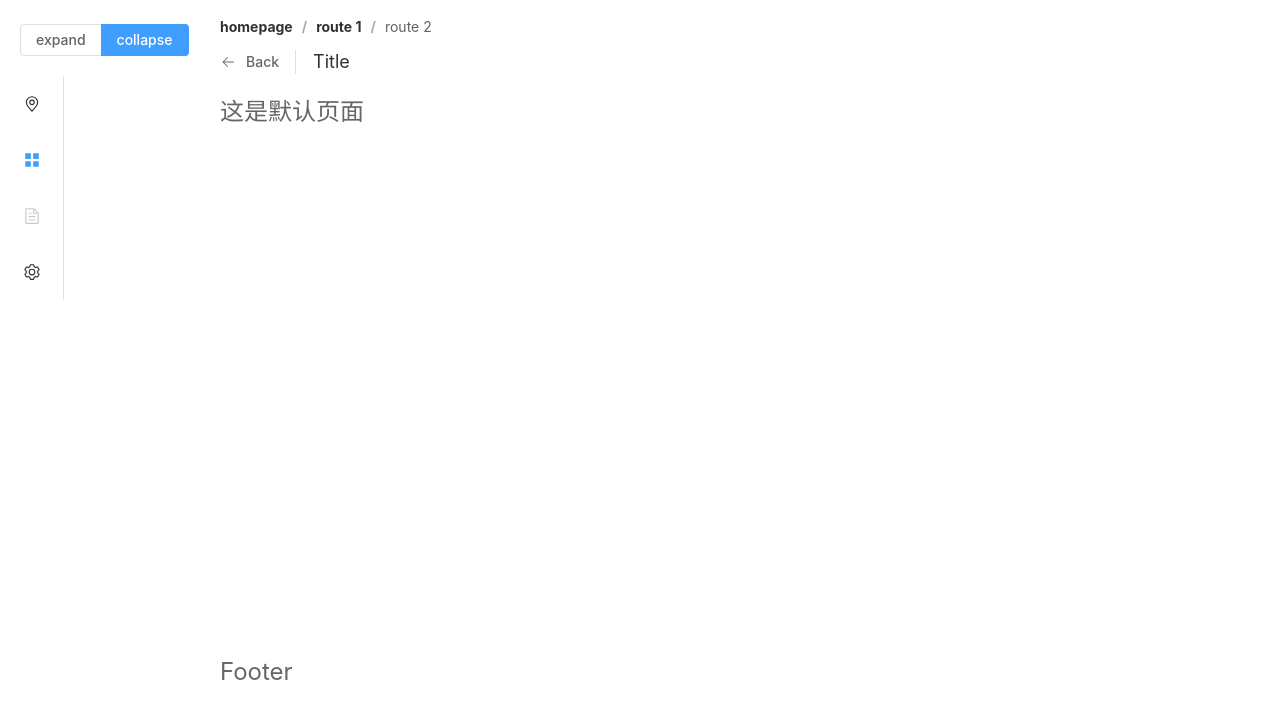
Repository: LeeypOR/management-system
Page: /
These files come from the project's save history. The page is drawn as it stood at one moment and after the next save; the edit follows.
The browser window is 1280 px wide. The pictures show the whole page.
The project was rebuilt for these pictures with package versions that can differ from the ones it lists, and the page was loaded fresh each time. Also part of the build but not shown: vite.config.ts.

Above is the page before, as saved 2023-02-28 13:15:28.
Console error: SyntaxError: Cannot use import statement outside a module

### index.html
<!DOCTYPE html>
<html lang="en">
  <head>
    <meta charset="UTF-8" />
    <link rel="icon" type="image/svg+xml" href="/vite.svg" />
    <script text="module" charset="UTF-8" src="./src/three.js/Three.js"></script>
    <meta name="viewport" content="width=device-width, initial-scale=1.0" />
    <title>Vite + Vue + TS</title>
  </head>
  <body>
    <div id="app" style="width: 100%;height: 100%;"></div>
    <script type="module" src="/src/main.ts"></script>
  </body>
</html>

### src/main.ts
import { createApp } from 'vue'
import './style.css'
import App from './App.vue'

import ElementPlus from 'element-plus'
import 'element-plus/dist/index.css'
import router from './router/index'

const app = createApp(App)
app.use(ElementPlus)
app.use(router)

app.mount('#app')

### src/style.css
:root {
  font-family: Inter, Avenir, Helvetica, Arial, sans-serif;
  font-size: 24px;
  line-height: 24px;
  font-weight: 400;

  color-scheme: light dark;
  /* color: rgba(255, 255, 255, 0.87); */
  color: #666666;
  background-color: #fff;
  /* background-color: #242424; */

  font-synthesis: none;
  text-rendering: optimizeLegibility;
  -webkit-font-smoothing: antialiased;
  -moz-osx-font-smoothing: grayscale;
  -webkit-text-size-adjust: 100%;
}

body,div,dl,dt,dd,ul,ol,li,h1,h2,h3,h4,h5,h6,pre,
form,fieldset,input,textarea,p,blockquote,th,td {
padding: 0;
margin: 0;
}
table {
border-collapse: collapse;
border-spacing: 0;
}
fieldset,img {
border: 0;
}
address,caption,cite,code,dfn,em,strong,th,var {
font-weight: normal;
font-style: normal;
}
ol,ul {
list-style: none;
}
caption,th {
text-align: left;
}
h1,h2,h3,h4,h5,h6 {
font-weight: normal;
font-size: 100%;
}
q:before,q:after {
content:'';
}
abbr,acronym { border: 0;
}
body,html{
  height: 100%;
}

### src/App.vue


<template>
  <Index></Index>
</template>

<script setup lang="ts">
import Index from './pages/index.vue'

</script>

<style scoped>
body{
  width: 100%;
  height: 100%;
}

.logo {
  height: 6em;
  padding: 1.5em;
  will-change: filter;
}
.logo:hover {
  filter: drop-shadow(0 0 2em #646cffaa);
}
.logo.vue:hover {
  filter: drop-shadow(0 0 2em #42b883aa);
}
</style>

### src/router/index.ts
import {createRouter,createWebHistory,RouteRecordRaw} from 'vue-router'


const routes:Array<RouteRecordRaw> = [
  {
    path:"/",
    component:()=> import('../pages/BasePage/Main.vue'),
    children:[
      {
        path:"marketlist",
        component:()=> import('../pages/Market/MarketList.vue')
      }
    ]
  },
  // {
  //   path:"/marketlist",
  //   component:()=> import('../pages/Market/MarketList.vue')
  // },
]


const router = createRouter({
  history:createWebHistory(),
  routes
})


export default router


// const router = createRouter({
//   history: createWebHistory(process.env.BASE_URL),
//   routers
// })

// export default router

### src/pages/index.vue
<template>
  <div class="common-layout">
    <el-container class="container">
      <el-aside width="200px">
        <Menu></Menu>
      </el-aside>
      <el-container >
        <el-header>
          <Header></Header>
        </el-header>
        <el-main>
          <Main></Main>
        </el-main>
        <el-footer>Footer</el-footer>
      </el-container>
    </el-container>
  </div>
</template>



<script setup lang="ts">
import Menu from './BasePage/Menu.vue'
import Header from './BasePage/Header.vue'
import Main from './BasePage/Main.vue'

</script>

<style lang="less"  scoped>
.common-layout{
  height: 100%;
  padding-top: 20px;
  box-sizing: border-box;
}
:deep(.container){
  height: 100%;
}
</style>

### src/pages/BasePage/Main.vue
<template>
  <div>
    <!-- <el-main>
        <el-scrollbar>
          <el-table :data="tableData">
            <el-table-column prop="date" label="Date" width="140" />
            <el-table-column prop="name" label="Name" width="120" />
            <el-table-column prop="address" label="Address" />
          </el-table>
        </el-scrollbar>
      </el-main> -->
      这是默认页面
      <router-view name="/"></router-view>
  </div>
</template>

<script lang="ts" setup>

const item = {
  date: '2016-05-02',
  name: 'Tom',
  address: 'No. 189, Grove St, Los Angeles',
}
const tableData = ref(Array.from({ length: 20 }).fill(item))
</script>

<style lang="less"  scoped>
.common-layout{
  height: 100%;
  padding-top: 20px;
  box-sizing: border-box;
}
:deep(.el-main){
  height: 100%;
}
</style>

### src/pages/BasePage/Menu.vue
<template>
  <div class="container">
    <el-radio-group v-model="isCollapse" style="margin-bottom: 20px">
      <el-radio-button :label="false">expand</el-radio-button>
      <el-radio-button :label="true">collapse</el-radio-button>
    </el-radio-group>
    <el-menu default-active="2" class="el-menu-vertical-demo" :collapse="isCollapse" @open="handleOpen"
      @close="handleClose">
      <el-sub-menu index="1">
        <template #title>
          <el-icon>
            <location />
          </el-icon>
          <span>Navigator One</span>
        </template>
        <el-menu-item-group>
          <template #title><span>Group One</span></template>
          <el-menu-item index="1-1">item one</el-menu-item>
          <el-menu-item index="1-2">item two</el-menu-item>
        </el-menu-item-group>
        <el-menu-item-group title="Group Two">
          <el-menu-item index="1-3">item three</el-menu-item>
        </el-menu-item-group>
        <el-sub-menu index="1-4">
          <template #title><span>item four</span></template>
          <el-menu-item index="1-4-1">item one</el-menu-item>
        </el-sub-menu>
      </el-sub-menu>
      <el-menu-item index="2">
        <el-icon><icon-menu /></el-icon>
        <template #title>Navigator Two</template>
      </el-menu-item>
      <el-menu-item index="3" disabled>
        <el-icon>
          <document />
        </el-icon>
        <template #title>Navigator Three</template>
      </el-menu-item>
      <el-menu-item index="4">
        <el-icon>
          <setting />
        </el-icon>
        <template #title>
          <router-link to="/marketlist"></router-link>
          Navigator Four
        </template>
      </el-menu-item>
    </el-menu>
  </div>
</template>



<script setup lang="ts">
import {
  Document,
  Menu as IconMenu,
  Location,
  Setting,
} from '@element-plus/icons-vue'

const isCollapse = ref(true)
const handleOpen = (key: string, keyPath: string[]) => {
  console.log(key, keyPath)
}
const handleClose = (key: string, keyPath: string[]) => {
  console.log(key, keyPath)
}

</script>

<style lang="less"  scoped>
.el-menu-vertical-demo:not(.el-menu--collapse) {
  width: 200px;
  min-height: 400px;
  height: 90%;
}
.el-radio-group{
  margin-left: 20px;
}
:deep(.menu){
  height: 90%;
}
</style>

### src/pages/BasePage/Header.vue
<template>
  <el-page-header>
    <template #breadcrumb>
      <el-breadcrumb separator="/">
        <el-breadcrumb-item :to="{ path: './page-header.html' }">
          homepage
        </el-breadcrumb-item>
        <el-breadcrumb-item
          ><a href="./page-header.html">route 1</a></el-breadcrumb-item
        >
        <el-breadcrumb-item>route 2</el-breadcrumb-item>
      </el-breadcrumb>
    </template>
    <template #content>
      <span class="text-large font-600 mr-3"> Title </span>
    </template>
  </el-page-header>
</template>




<script setup lang="ts">

</script>

<style lang="less"  scoped>

</style>

Loaded but not shown: src/three.js/Three.js (library)

After the next save:
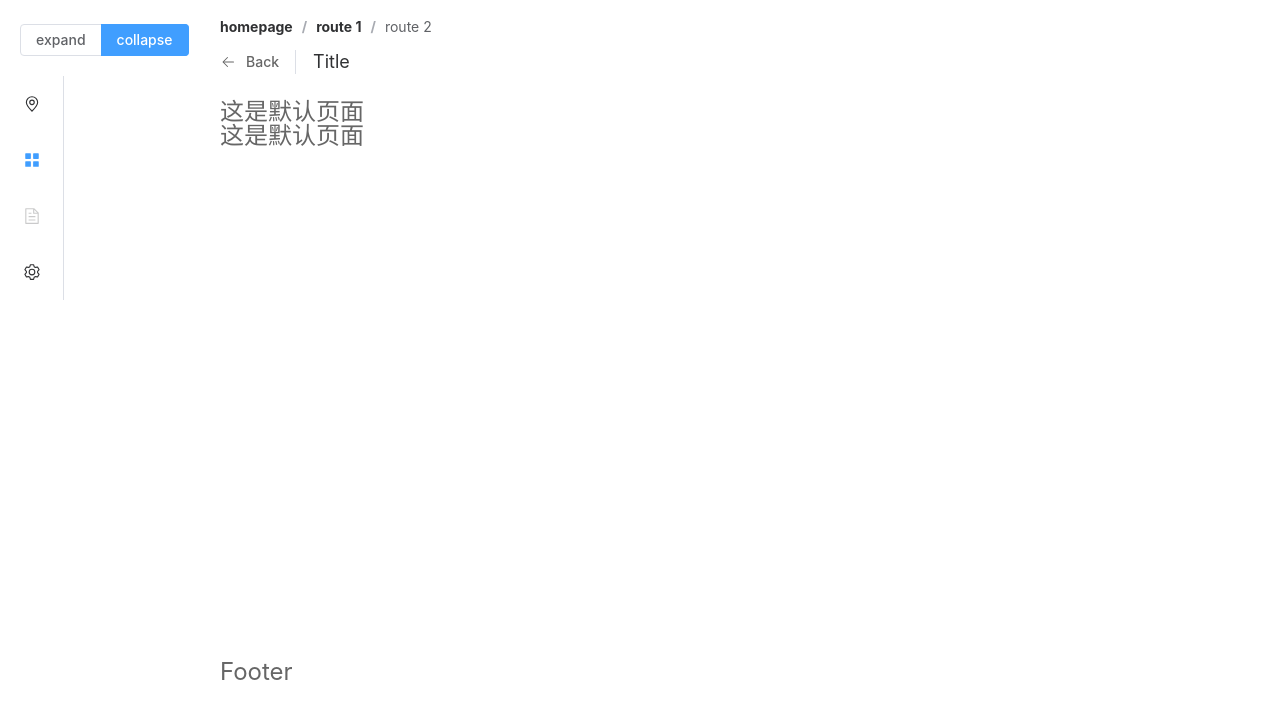
Saved 41 s later.
--- a/src/pages/BasePage/Main.vue
+++ b/src/pages/BasePage/Main.vue
@@ -10,7 +10,7 @@
         </el-scrollbar>
       </el-main> -->
       这是默认页面
-      <router-view name="/"></router-view>
+      <router-view></router-view>
   </div>
 </template>
 
